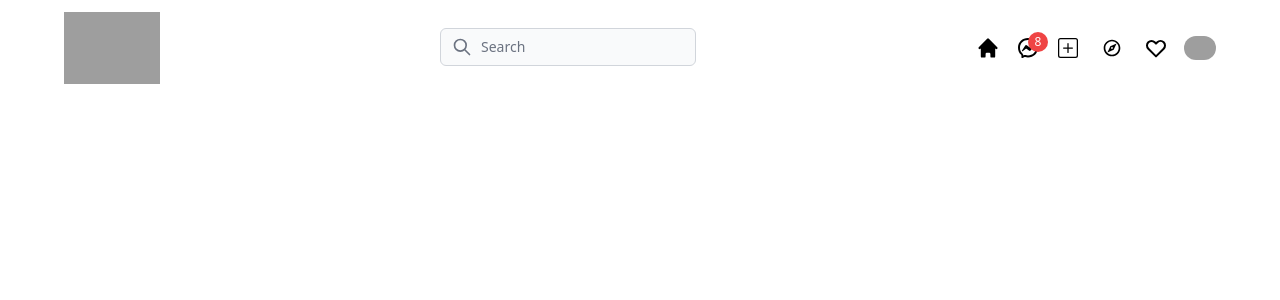
Repository: SehajBindra/insta--clone
Page: /
These files come from the project's save history. The page is drawn as it stood at one moment and after the next save; the edit follows.
The browser window is 1280 px wide. The pictures show the whole page.
Pictures or frames that could not be fetched are drawn as grey boxes. The project was rebuilt for these pictures with package versions that can differ from the ones it lists, and the page was loaded fresh each time. The framework's server and built-in components were replaced by stand-ins that run in the browser. Also part of the build but not shown: next.config.js.

Above is the page before, as saved 2022-04-11 14:02:35.

### pages/index.js
import Head from 'next/head'
import Image from 'next/image'
import Header from '../components/Header'
import styles from '../styles/Home.module.css'

export default function Home() {
  return (
    <div className={styles.container}>
      <Head>
        <title>Instagram</title>
        <meta name="description" content="Generated by create next app" />
        <link rel="icon" href="https://upload.wikimedia.org/wikipedia/commons/thumb/a/a5/Instagram_icon.png/600px-Instagram_icon.png" />

      </Head>
      <Header />

    </div>
  )
}

### styles/globals.css
@tailwind base;
@tailwind components;
@tailwind utilities;


@layer components {
  .navBtn {
    @apply hidden h-6 md:inline-flex cursor-pointer hover:scale-125 transition-all duration-150 ease-out
  }
}

### components/Header.js
import React from "react";
import Image from "next/image";
import { RiMessengerLine } from "react-icons/ri";
import { BsPlusSquare } from "react-icons/bs";
import { MdOutlineExplore } from "react-icons/md";

import {
    SearchIcon,
    PlusCircleIcon,
    UserGroupIcon,
    HeartIcon,
    PaperAirplaneIcon,
    MenuIcon
} from "@heroicons/react/outline"
import {HomeIcon } from "@heroicons/react/solid";

function Header() {
  return (
    <div>
      <div className="flex justify-between max-w-6xl mx-5 xl:mx-auto ">
        <div className="relative hidden lg:inline-grid w-24 h-24">
          <Image
            src="https://links.papareact.com/ocw"
            layout="fill"
            objectFit="contain"
          />
        </div>

        <div className=" relative w-10   lg:hidden flex-shrink-0 cursor-pointer">
          <Image
            src="https://links.papareact.com/jjm"
            layout="fill"
            objectFit="contain"
          />
        </div>

        {/* Middle Search Input Field */}
        <div className=" max-w-xs">
        <div className=" relative mt-1 lg:mt-4 p-3 rounded-md ">
            <div className=" absolute inset-y-3  pl-3 flex items-center pointer-events-none ">
             <SearchIcon  className="h-5  w-5 text-gray-500" />
            </div>
            <input className="bg-gray-50 block w-full pl-10 sm:text-sm border-gray-300  focus:ring-black  focus:border-black rounded-md" type="text" placeholder="Search" />

        </div>
        </div>
       {/* Right side */}
       <div className="flex items-center  justify-end space-x-4">
       <HomeIcon className=" navBtn" />
       <MenuIcon className=" h-6 md:hidden cursor-pointer " />
       <div className=" relative navBtn ">
       <RiMessengerLine className="h-6 w-6  navBtn" />
       <div className=" absolute -top-1 -right-2  text-xs w-5 h-5 bg-red-500  rounded-full flex items-center  justify-center animate-none text-white ">8</div>
       </div>

       <BsPlusSquare  className="h-5 w-6"/>
       {/* <UserGroupIcon className="navBtn"/> */}
       <MdOutlineExplore className="h-5  w-8" />
       <HeartIcon     className="navBtn"  />

       <img className="h-6 rounded-full  cursor-pointer" src="https:links.papareact.com/3ke" alt="profile pic"  />
       </div>
      </div>
    </div>
  );
}

export default Header;

### tailwind.config.js
module.exports = {
  content: ["./pages/**/*.{js,ts,jsx,tsx}",
  "./components/**/*.{js,ts,jsx,tsx}",],
  theme: {
    extend: {},
  },
  plugins: [require("@tailwindcss/forms")],
}

Loaded but not shown: pages/_app.js (common file); styles/Home.module.css (common file)

After the next save:
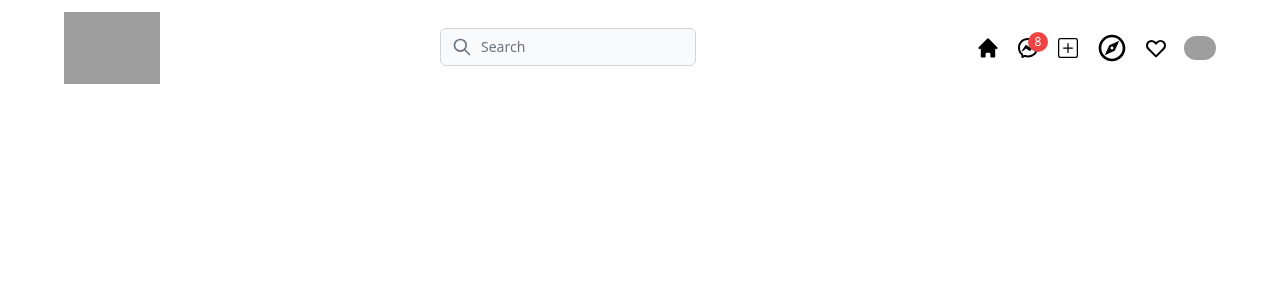
Saved 79 s later.
--- a/components/Header.js
+++ b/components/Header.js
@@ -55,7 +55,7 @@
 
        <BsPlusSquare  className="h-5 w-6"/>
        {/* <UserGroupIcon className="navBtn"/> */}
-       <MdOutlineExplore className="h-5  w-8" />
+       <MdOutlineExplore className="h-8  w-8" />
        <HeartIcon     className="navBtn"  />
 
        <img className="h-6 rounded-full  cursor-pointer" src="https:links.papareact.com/3ke" alt="profile pic"  />
